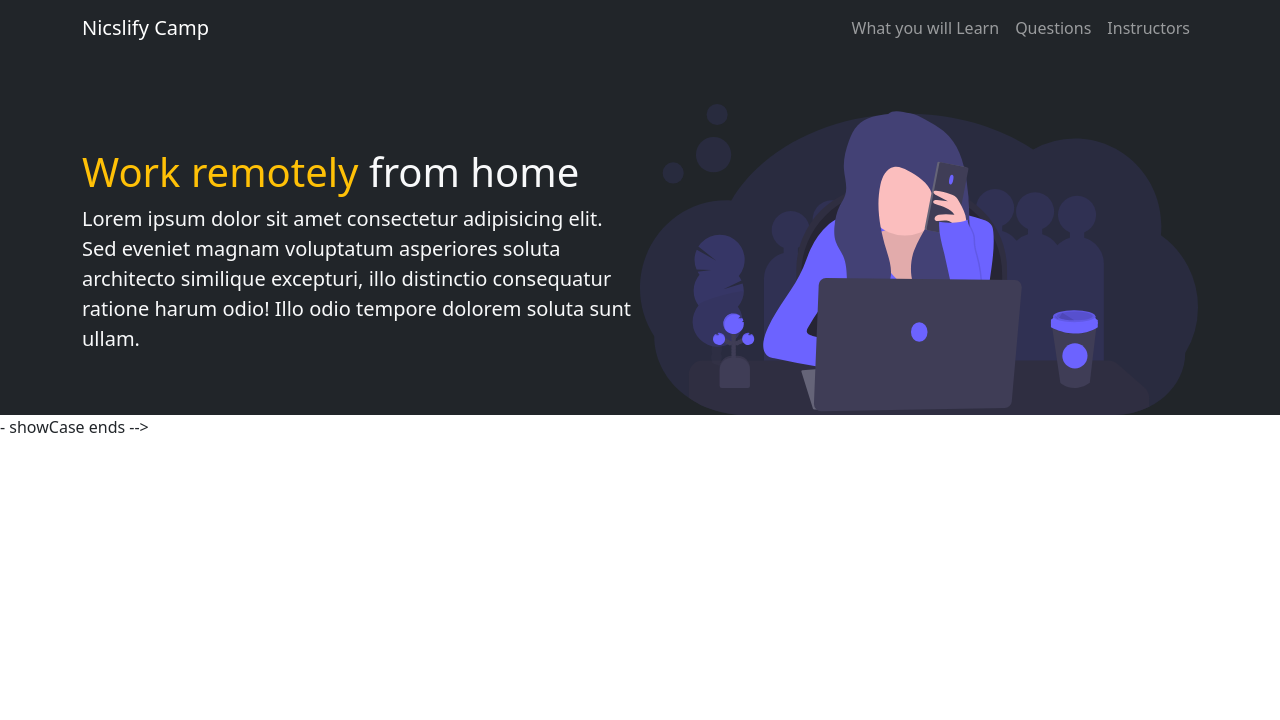
Repository: Eugene44-hub/enrollment-site
Page: index.html
An editor plug-in stored every save of this project. The page is shown before and after the next save, followed by the edit.
The browser window is 1280 px wide. The pictures show the whole page.

Above is the page before, as saved 2021-10-19 18:01:50.

After the next save:
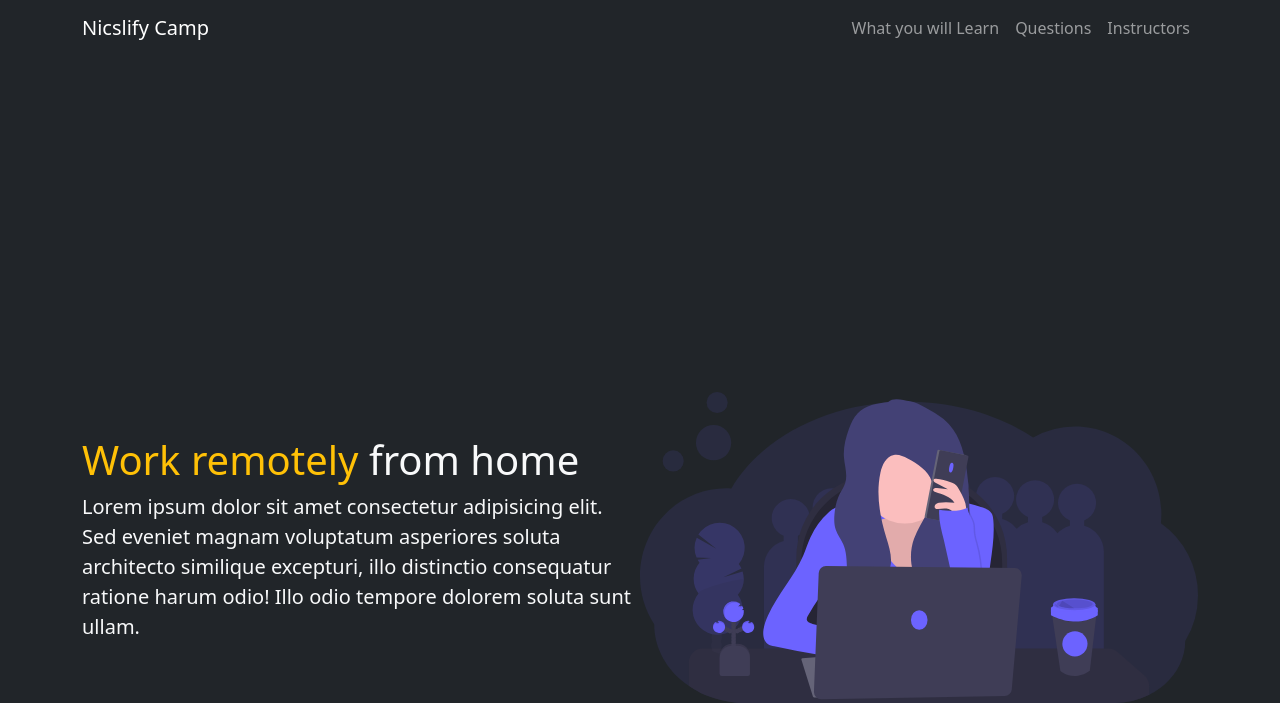
Saved 64 s later.
--- a/index.html
+++ b/index.html
@@ -43,13 +43,20 @@
     <section class="bg-dark text-light text-center text-sm-start">
         <div class="container">
             <div class="d-md-flex pt-5 align-items-center justify-content-between">
-                <div class="">
-                    <div class="h1"><span class="text-warning">Work remotely</span> from home</div>
-                    <p class="lead">Lorem ipsum dolor sit amet consectetur adipisicing elit. Sed eveniet magnam voluptatum asperiores soluta architecto similique excepturi, illo distinctio consequatur ratione harum odio! Illo odio tempore dolorem soluta sunt ullam.</p>
-                </div>
-                <img src="undraw_working_remotely_jh40.svg" class="image-fluid w-50 d-none d-sm-block" alt="">
-            </div>
-        </div>
+                <div class="d-md-flex pt-5 align-items-center justify-content-between">
+                    <div class="d-md-flex pt-5 align-items-center justify-content-between">
+                        <div class="d-md-flex pt-5 align-items-center justify-content-between">
+                            <div class="d-md-flex pt-5 align-items-center justify-content-between">
+                                <div class="d-md-flex pt-5 align-items-center justify-content-between">
+                                    <div class="d-md-flex pt-5 align-items-center justify-content-between">
+                                        <div class="">
+                                            <div class="h1"><span class="text-warning">Work remotely</span> from home</div>
+                                            <p class="lead">Lorem ipsum dolor sit amet consectetur adipisicing elit. Sed eveniet magnam voluptatum asperiores soluta architecto similique excepturi, illo distinctio consequatur ratione harum odio! Illo odio tempore dolorem
+                                                soluta sunt ullam.</p>
+                                        </div>
+                                        <img src="undraw_working_remotely_jh40.svg" class="image-fluid w-50 d-none d-sm-block" alt="">
+                                    </div>
+                                </div>
     </section>
     <!-- showCase ends -->
 
@@ -57,10 +64,4 @@
 <!-- JavaScript Bundle with Popper -->
 <script src="https://cdn.jsdelivr.net/npm/bootstrap@5.1.3/dist/js/bootstrap.bundle.min.js" integrity="sha384-ka7Sk0Gln4gmtz2MlQnikT1wXgYsOg+OMhuP+IlRH9sENBO0LRn5q+8nbTov4+1p" crossorigin="anonymous"></script>
 
-</html>- showCase ends -->
-
-</body>
-<!-- JavaScript Bundle with Popper -->
-<script src="https://cdn.jsdelivr.net/npm/bootstrap@5.1.3/dist/js/bootstrap.bundle.min.js" integrity="sha384-ka7Sk0Gln4gmtz2MlQnikT1wXgYsOg+OMhuP+IlRH9sENBO0LRn5q+8nbTov4+1p" crossorigin="anonymous"></script>
-
 </html>
